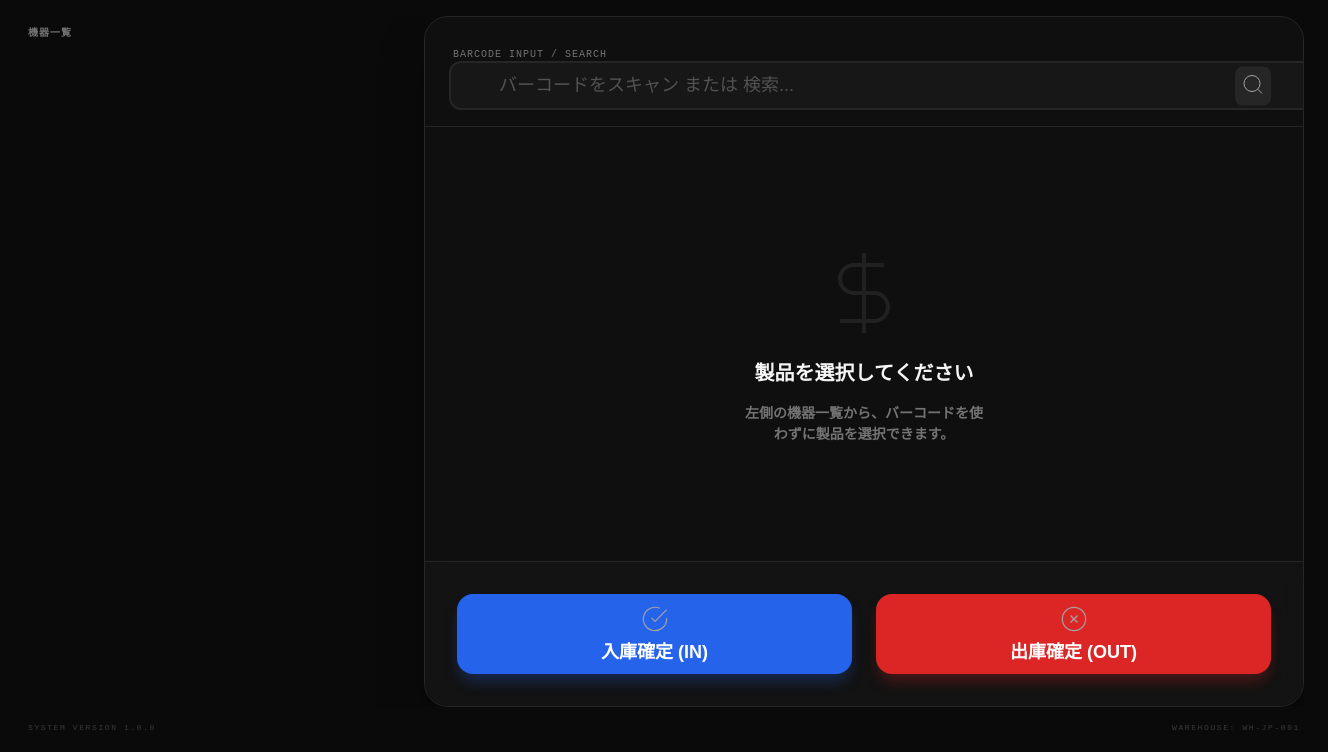
Repository: t-morika/Souko2_app
Page: index-list.html
An editor plug-in stored every save of this project. The page is shown before and after the next save, followed by the edit.
The browser window is 1280 px wide. The page is 1328 px wide, then 1280 px, then 1328 px, so the pictures cover 1328 px, including what lies to the right of the window. The pictures show the whole page.
The page's requests for data from a server got no answer.

Above is the page before, as saved 2026-04-30 10:08:28.

### index-list.html
<!DOCTYPE html>
<html lang="ja">
<head>
    <meta charset="UTF-8">
    <meta name="viewport" content="width=device-width, initial-scale=1.0">
    <title>PC機器在庫管理 - 機器一覧版</title>
    <link rel="stylesheet" href="/static/style.css">
    <link rel="stylesheet" href="/static/style-list.css">
</head>
<body>
    <div class="app">
        <main class="main">
            <section class="list-section">
                <h2 class="section-title">機器一覧</h2>
                <div class="category-buttons" id="category-buttons">
                    <!-- カテゴリボタン -->
                </div>
                <div class="list-grid" id="device-list">
                    <!-- 製品カードがここに入ります -->
                </div>
            </section>

            <section class="product-section" id="product-section">
                <div class="barcode-input-container product-panel-barcode">
                    <label class="input-label">Barcode Input / Search</label>
                    <div class="input-group">
                        <input
                            type="text"
                            id="barcode"
                            placeholder="バーコードをスキャン または 検索..."
                            class="barcode-input"
                        />
                        <button id="search-barcode" class="search-btn">
                            <svg class="icon" viewBox="0 0 24 24" fill="none" stroke="currentColor">
                                <circle cx="11" cy="11" r="8"></circle>
                                <path d="m21 21-4.35-4.35"></path>
                            </svg>
                        </button>
                    </div>
                </div>
                <div class="product-detail" id="product-detail">
                    <div class="placeholder">
                        <svg class="icon" viewBox="0 0 24 24" fill="none" stroke="currentColor">
                            <path d="M12 2v20M17 5H9.5a3.5 3.5 0 0 0 0 7h5a3.5 3.5 0 0 1 0 7H6"></path>
                        </svg>
                        <p>製品を選択してください</p>
                        <p class="description">左側の機器一覧から、バーコードを使わずに製品を選択できます。</p>
                    </div>
                </div>
                <div class="execution-section">
                    <button id="stock-in" class="action-btn in-btn">
                        <svg class="icon" viewBox="0 0 24 24" fill="none" stroke="currentColor">
                            <path d="M22 11.08V12a10 10 0 1 1-5.93-9.14"></path>
                            <polyline points="22,4 12,14.01 9,11.01"></polyline>
                        </svg>
                        <span>入庫確定 (IN)</span>
                    </button>
                    <button id="stock-out" class="action-btn out-btn">
                        <svg class="icon" viewBox="0 0 24 24" fill="none" stroke="currentColor">
                            <circle cx="12" cy="12" r="10"></circle>
                            <path d="m15 9-6 6"></path>
                            <path d="m9 9 6 6"></path>
                        </svg>
                        <span>出庫確定 (OUT)</span>
                    </button>
                </div>
            </section>
        </main>
        <div class="notifications" id="notifications"></div>
        <footer class="footer">
            <span>System Version 1.0.0</span>
            <span>Warehouse: WH-JP-001</span>
        </footer>
    </div>
    <script src="/static/script-list.js"></script>
</body>
</html>

### style.css
/* Dark theme inspired by inventory-flow-pro */
body {
    margin: 0;
    padding: 0;
    font-family: 'Inter', -apple-system, BlinkMacSystemFont, 'Segoe UI', Roboto, sans-serif;
    background-color: #0a0a0a;
    color: #f5f5f5;
    height: 100vh;
    width: 100vw;
    overflow: hidden;
}

.app {
    display: flex;
    flex-direction: column;
    height: 100vh;
    width: 100vw;
    padding: 1rem 1.5rem;
    gap: 1rem;
}

/* Header */
.header {
    display: grid;
    grid-template-columns: 1fr auto;
    gap: 1rem;
    flex-shrink: 0;
}

.input-label {
    font-size: 10px;
    font-family: 'JetBrains Mono', monospace;
    text-transform: uppercase;
    letter-spacing: 0.1em;
    color: #737373;
    margin-left: 0.25rem;
    margin-bottom: 0.25rem;
}

.input-group {
    position: relative;
}

.barcode-input {
    width: 100%;
    background-color: #171717;
    border: 2px solid #262626;
    border-radius: 0.75rem;
    padding: 0.75rem 3rem 0.75rem 3rem;
    font-size: 1.125rem;
    outline: none;
    transition: border-color 0.2s;
    color: #f5f5f5;
}

.barcode-input:focus {
    border-color: #3b82f6;
}

.product-panel-barcode {
    padding: 1.5rem 2rem 1rem;
    border-bottom: 1px solid #262626;
}

.barcode-input::placeholder {
    color: #525252;
}

.search-btn {
    position: absolute;
    right: 0.5rem;
    top: 50%;
    transform: translateY(-50%);
    background-color: #262626;
    border: none;
    padding: 0.375rem;
    border-radius: 0.5rem;
    cursor: pointer;
    transition: background-color 0.2s;
}

.search-btn:hover {
    background-color: #404040;
}

.icon {
    width: 1.5rem;
    height: 1.5rem;
    color: #a3a3a3;
}


/* Main */
.main {
    flex: 1;
    display: grid;
    grid-template-columns: 300px 1fr;
    gap: 1rem;
    overflow: hidden;
}

/* Quick Section */
.quick-section {
    display: flex;
    flex-direction: column;
    gap: 0.75rem;
    overflow: hidden;
}

.section-title {
    font-size: 10px;
    font-family: 'JetBrains Mono', monospace;
    text-transform: uppercase;
    letter-spacing: 0.1em;
    color: #737373;
    margin-left: 0.25rem;
    flex-shrink: 0;
}

.quick-grid {
    display: grid;
    grid-template-columns: repeat(2, 1fr);
    gap: 0.75rem;
    overflow-y: auto;
    padding-right: 0.25rem;
    padding-bottom: 0.5rem;
}

.quick-btn {
    display: flex;
    flex-direction: column;
    align-items: center;
    justify-content: center;
    gap: 0.5rem;
    aspect-ratio: 1;
    border-radius: 1rem;
    border: 2px solid #262626;
    background-color: #171717;
    color: #a3a3a3;
    transition: all 0.2s;
    cursor: pointer;
    padding: 0.5rem;
}

.quick-btn:hover {
    background-color: #262626;
    border-color: #404040;
}

.quick-btn.active {
    background-color: rgba(59, 130, 246, 0.1);
    border-color: #3b82f6;
    color: #3b82f6;
}

.quick-btn .icon {
    width: 2rem;
    height: 2rem;
}

.quick-btn span {
    font-weight: bold;
    font-size: 0.875rem;
    text-align: center;
    line-height: 1.2;
}

/* Product Section */
.product-section {
    background-color: rgba(23, 23, 23, 0.4);
    border: 1px solid #262626;
    border-radius: 1.5rem;
    overflow: hidden;
    display: flex;
    flex-direction: column;
    box-shadow: 0 25px 50px -12px rgba(0, 0, 0, 0.5);
}

.product-detail {
    flex: 1;
    overflow-y: auto;
    padding: 2rem 1.5rem;
    display: flex;
    flex-direction: column;
    gap: 2rem;
}

.product-header {
    display: flex;
    align-items: flex-start;
    justify-content: space-between;
}

.product-info {
    display: flex;
    flex-direction: column;
    gap: 0.25rem;
}

.category-label {
    font-size: 0.75rem;
    font-weight: bold;
    text-transform: uppercase;
    letter-spacing: 0.2em;
    color: #3b82f6;
}

.product-name {
    font-size: 2.25rem;
    font-weight: 900;
    color: white;
    line-height: 1.2;
    margin: 0;
}

.clear-btn {
    padding: 0.5rem;
    background-color: transparent;
    border: none;
    color: #737373;
    cursor: pointer;
    transition: color 0.2s;
}

.clear-btn:hover {
    color: #ef4444;
}

.product-tags {
    display: flex;
    flex-wrap: wrap;
    gap: 0.5rem;
}

.tag {
    padding: 0.375rem 1rem;
    background-color: #262626;
    border-radius: 9999px;
    font-size: 0.75rem;
    font-weight: bold;
    border: 1px solid #404040;
}

.tag.maker {
    font-size: 0.75rem;
}

.tag.id {
    font-family: 'JetBrains Mono', monospace;
    font-size: 10px;
}

/* Quantity Adjustment */
.quantity-adjust {
    display: flex;
    flex-direction: column;
    gap: 0.75rem;
}

.section-label {
    font-size: 10px;
    font-family: 'JetBrains Mono', monospace;
    text-transform: uppercase;
    letter-spacing: 0.1em;
    color: #737373;
}

.quantity-controls {
    display: flex;
    align-items: center;
    gap: 1.5rem;
}

.quantity-btn {
    width: 4rem;
    height: 4rem;
    background-color: #262626;
    border: 2px solid #404040;
    border-radius: 1rem;
    color: white;
    cursor: pointer;
    transition: background-color 0.2s;
    display: flex;
    align-items: center;
    justify-content: center;
}

.quantity-btn:hover {
    background-color: #404040;
}

.quantity-input {
    width: 6rem;
    height: 4rem;
    background-color: transparent;
    border: none;
    border-bottom: 4px solid #262626;
    text-align: center;
    font-size: 2.5rem;
    font-weight: 900;
    outline: none;
    color: white;
    transition: border-color 0.2s;
    -moz-appearance: textfield;
}

.quantity-input::-webkit-outer-spin-button,
.quantity-input::-webkit-inner-spin-button {
    -webkit-appearance: none;
    margin: 0;
}

.quantity-input:focus {
    border-color: #3b82f6;
}

/* Execution Section */
.execution-section {
    flex-shrink: 0;
    padding: 2rem;
    border-top: 1px solid #262626;
    background-color: rgba(23, 23, 23, 0.6);
    backdrop-filter: blur(10px);
    display: grid;
    grid-template-columns: 1fr 1fr;
    gap: 1.5rem;
}

.action-btn {
    display: flex;
    flex-direction: column;
    align-items: center;
    justify-content: center;
    gap: 0.25rem;
    height: 5rem;
    border-radius: 1rem;
    border: none;
    color: white;
    font-weight: 900;
    font-size: 1.125rem;
    cursor: pointer;
    transition: all 0.2s;
    box-shadow: 0 10px 15px -3px rgba(0, 0, 0, 0.3);
}

.in-btn {
    background-color: #2563eb;
    box-shadow: 0 10px 15px -3px rgba(37, 99, 235, 0.3);
}

.in-btn:hover {
    background-color: #1d4ed8;
}

.out-btn {
    background-color: #dc2626;
    box-shadow: 0 10px 15px -3px rgba(220, 38, 38, 0.3);
}

.out-btn:hover {
    background-color: #b91c1c;
}

.action-btn .icon {
    width: 1.75rem;
    height: 1.75rem;
}

/* Notifications */
.notifications {
    position: fixed;
    bottom: 5rem;
    right: 2rem;
    z-index: 50;
    display: flex;
    flex-direction: column;
    gap: 0.75rem;
}

.notification {
    padding: 1rem;
    border-radius: 0.75rem;
    box-shadow: 0 25px 50px -12px rgba(0, 0, 0, 0.5);
    display: flex;
    align-items: center;
    gap: 0.75rem;
    border-left: 4px solid;
    max-width: 20rem;
    backdrop-filter: blur(10px);
}

.notification.in {
    background-color: rgba(23, 23, 23, 0.9);
    border-left-color: #3b82f6;
    color: #dbeafe;
}

.notification.out {
    background-color: rgba(23, 23, 23, 0.9);
    border-left-color: #ef4444;
    color: #fecaca;
}

.notification-icon {
    padding: 0.375rem;
    border-radius: 0.5rem;
}

.notification.in .notification-icon {
    background-color: #3b82f6;
}

.notification.out .notification-icon {
    background-color: #ef4444;
}

.notification-icon .icon {
    width: 1rem;
    height: 1rem;
    color: white;
}

.notification-message {
    font-weight: bold;
    font-size: 0.875rem;
}

/* Footer */
.footer {
    flex-shrink: 0;
    display: flex;
    justify-content: space-between;
    align-items: center;
    padding: 0 0.25rem;
    opacity: 0.2;
    font-size: 8px;
    font-family: 'JetBrains Mono', monospace;
    text-transform: uppercase;
    letter-spacing: 0.2em;
    padding-bottom: 0.25rem;
}

/* Responsive */
@media (max-width: 768px) {
    .app {
        padding: 0.5rem 1rem;
    }

    .header {
        grid-template-columns: 1fr;
        gap: 0.5rem;
    }

    .status-indicator {
        justify-self: flex-end;
    }

    .main {
        grid-template-columns: 1fr;
        gap: 0.5rem;
    }

    .quick-grid {
        grid-template-columns: repeat(3, 1fr);
    }

    .product-name {
        font-size: 1.875rem;
    }

    .quantity-controls {
        gap: 1rem;
    }

    .quantity-btn {
        width: 3rem;
        height: 3rem;
    }

    .quantity-input {
        width: 4rem;
        height: 3rem;
        font-size: 2rem;
    }

    .execution-section {
        padding: 1rem;
        grid-template-columns: 1fr;
        gap: 0.75rem;
    }

    .action-btn {
        height: 4rem;
        font-size: 1rem;
    }

    .notifications {
        right: 1rem;
        bottom: 4rem;
    }
}

/* Placeholder state */
.placeholder {
    flex: 1;
    display: flex;
    flex-direction: column;
    align-items: center;
    justify-content: center;
    text-align: center;
    color: #737373;
    gap: 1rem;
    padding: 2rem;
}

.placeholder .icon {
    width: 6rem;
    height: 6rem;
    opacity: 0.1;
}

.placeholder p {
    font-size: 1.25rem;
    font-weight: bold;
    color: #a3a3a3;
    margin: 0;
}

.placeholder .description {
    font-size: 0.875rem;
    color: #737373;
    max-width: 15rem;
    line-height: 1.5;
}

### style-list.css
.list-section {
    display: flex;
    flex-direction: column;
    gap: 0.75rem;
    overflow: hidden;
}

.list-grid {
    display: grid;
    grid-template-columns: 1fr;
    gap: 0.75rem;
    overflow-y: auto;
    padding-right: 0.25rem;
    padding-bottom: 0.5rem;
}

.device-card {
    display: grid;
    gap: 0.75rem;
    padding: 1rem;
    border-radius: 1rem;
    border: 2px solid #374151;
    background-color: #1a1a2e;
    cursor: pointer;
    transition: transform 0.2s, border-color 0.2s, background-color 0.2s;
}

.device-card:hover {
    transform: translateY(-2px);
    border-color: #3b82f6;
}

.device-card.active {
    background-color: rgba(59, 130, 246, 0.1);
    border-color: #3b82f6;
}

.device-card-header {
    display: flex;
    justify-content: space-between;
    align-items: flex-start;
    flex-wrap: wrap;
    gap: 0.75rem;
}

.device-name {
    font-size: 1rem;
    font-weight: 900;
    line-height: 1.25;
    color: #ffffff;
}

.device-meta {
    display: grid;
    gap: 0.25rem;
    font-size: 0.78rem;
    color: #9ca3af;
}

.device-meta span {
    display: inline-flex;
    gap: 0.5rem;
}

.device-meta strong {
    color: #f5f5f5;
    font-weight: 700;
}

.list-section-heading {
    font-size: 0.85rem;
    font-weight: 900;
    text-transform: uppercase;
    letter-spacing: 0.1em;
    color: #e5e7eb;
    margin-top: 1rem;
}

.list-section-heading:first-of-type {
    margin-top: 0;
}

.category-buttons {
    display: flex;
    flex-wrap: wrap;
    gap: 0.5rem;
    padding-bottom: 0.75rem;
}

.category-button {
    border: 1px solid #374151;
    background-color: #1e293b;
    color: #d1d5db;
    font-size: 0.85rem;
    padding: 0.6rem 0.9rem;
    border-radius: 0.75rem;
    cursor: pointer;
    transition: background-color 0.2s, border-color 0.2s, color 0.2s;
}

.category-button:hover {
    background-color: #1f2937;
    border-color: #3b82f6;
    color: #ffffff;
}

.category-button.active {
    background-color: #3b82f6;
    border-color: #3b82f6;
    color: #ffffff;
}

.product-panel-barcode {
    padding: 1.5rem 1.5rem 1rem 1.5rem;
    border-bottom: 1px solid #262626;
    box-sizing: border-box;
}

.product-detail {
    min-height: 22rem;
}

.app {
    padding: 1rem 1.5rem;
}

.main {
    grid-template-columns: minmax(20rem, 30%) 1fr;
}

.list-section {
    max-width: 30vw;
}

.placeholder {
    display: flex;
    flex-direction: column;
    align-items: center;
    justify-content: center;
    text-align: center;
    color: #737373;
    gap: 1rem;
    padding: 2rem;
}

.placeholder .icon {
    width: 6rem;
    height: 6rem;
    opacity: 0.12;
}

.placeholder p {
    margin: 0;
}

.product-detail h2,
.product-detail p,
.product-detail .device-meta {
    color: #f5f5f5;
}

@media (max-width: 1030px) {
    .main {
        grid-template-columns: 1fr;
    }
}

@media (max-width: 768px) {
    .list-grid {
        grid-template-columns: repeat(2, minmax(0, 1fr));
    }
}

@media (max-width: 520px) {
    .list-grid {
        grid-template-columns: 1fr;
    }
}

Loaded but not shown: script-list.js (231 lines, source omitted)

After the next save:
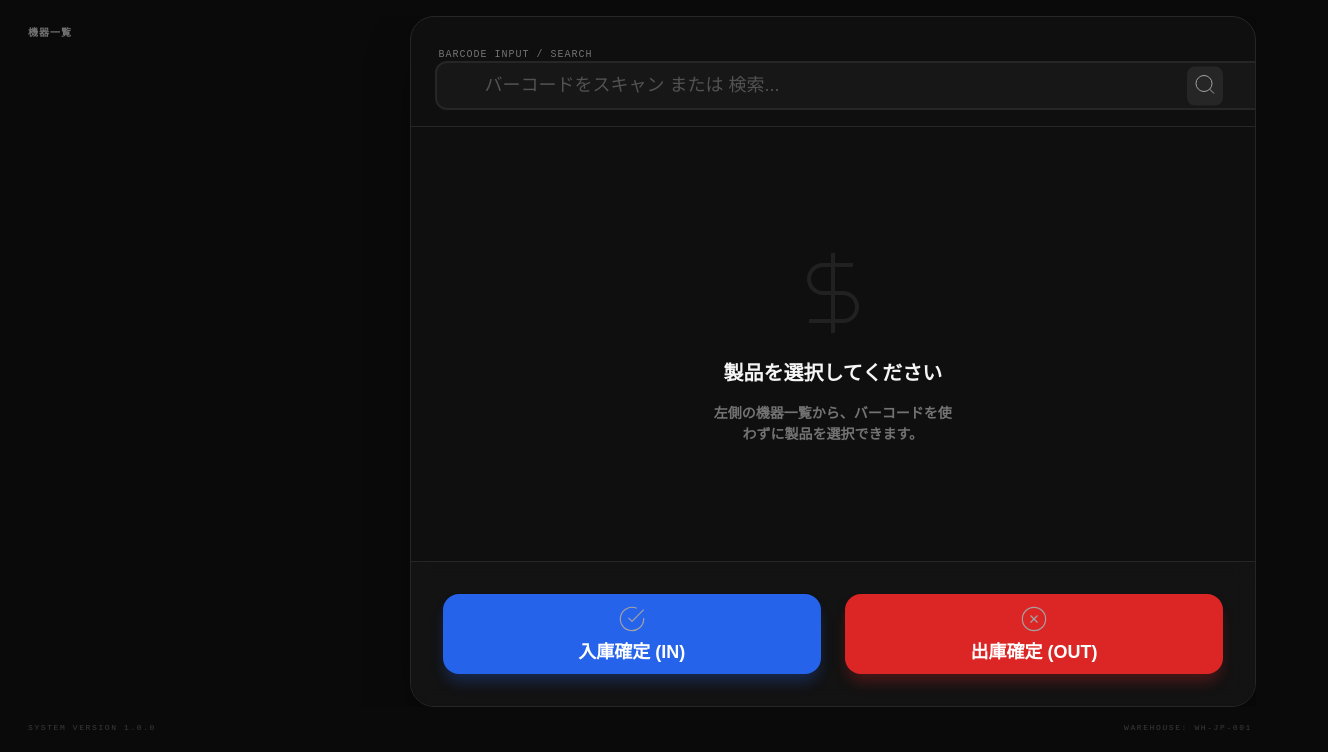
Saved 4 min 14 s later.
--- a/style.css
+++ b/style.css
@@ -5,16 +5,14 @@
     font-family: 'Inter', -apple-system, BlinkMacSystemFont, 'Segoe UI', Roboto, sans-serif;
     background-color: #0a0a0a;
     color: #f5f5f5;
+    min-height: 100vh;
+    overflow: hidden;
+}
+
+.app {
+    display: flex;
+    flex-direction: column;
     height: 100vh;
-    width: 100vw;
-    overflow: hidden;
-}
-
-.app {
-    display: flex;
-    flex-direction: column;
-    height: 100vh;
-    width: 100vw;
     padding: 1rem 1.5rem;
     gap: 1rem;
 }

After the save that followed:
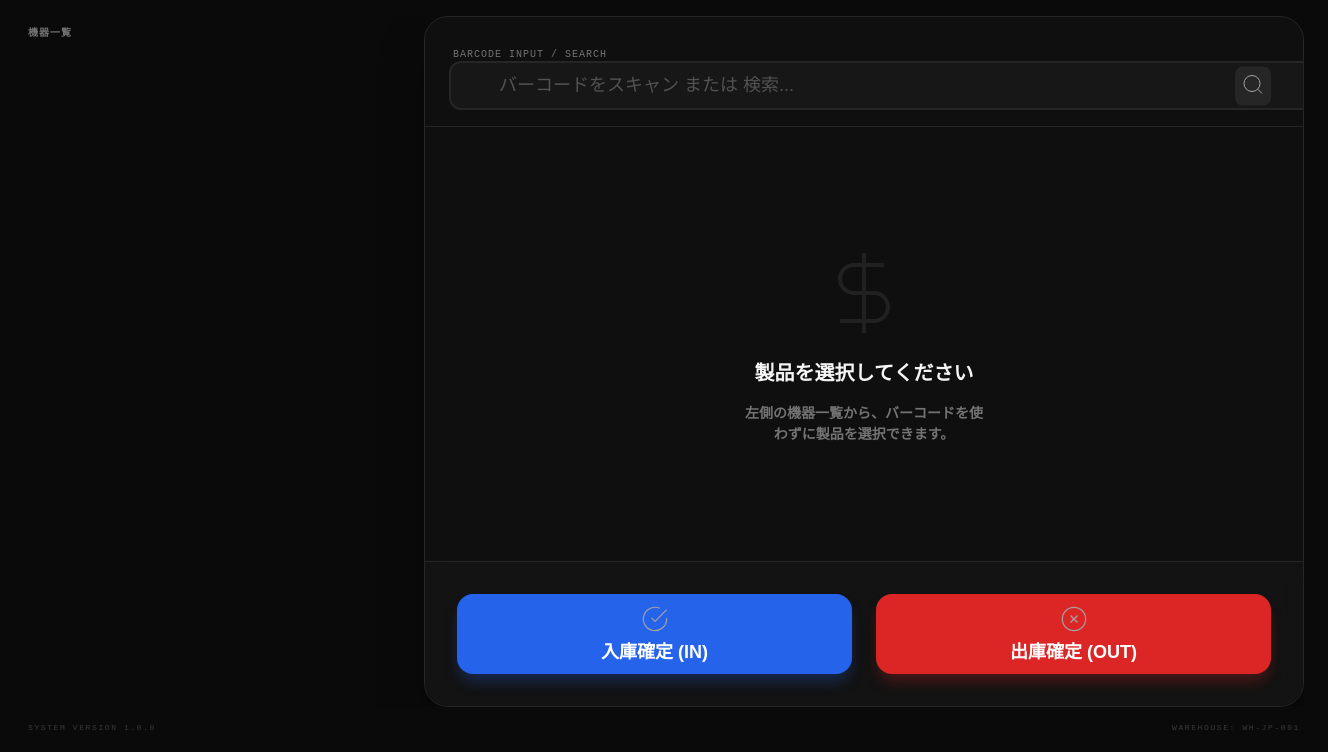
Saved 12 min 49 s later.
--- a/style.css
+++ b/style.css
@@ -5,7 +5,8 @@
     font-family: 'Inter', -apple-system, BlinkMacSystemFont, 'Segoe UI', Roboto, sans-serif;
     background-color: #0a0a0a;
     color: #f5f5f5;
-    min-height: 100vh;
+    height: 100vh;
+    width: 100vw;
     overflow: hidden;
 }
 
@@ -13,6 +14,7 @@
     display: flex;
     flex-direction: column;
     height: 100vh;
+    width: 100%;
     padding: 1rem 1.5rem;
     gap: 1rem;
 }
